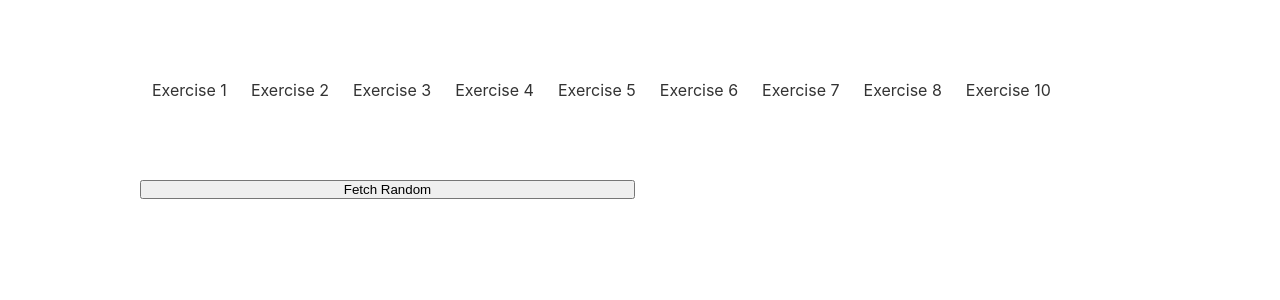
Repository: LukeBinh/reactjsexercises
Page: /ex10
An editor plug-in stored every save of this project. The page is shown before and after the next save, followed by the edit.
The browser window is 1280 px wide. The pictures show the whole page.
The page's requests for data from a server got no answer. The project was rebuilt for these pictures with package versions that can differ from the ones it lists, and the page was loaded fresh each time. No one was signed in, and anything a server would have sent is missing. Also part of the build but not shown: src/components/Ex1/Ex1.tsx, src/components/Ex2/Ex2.tsx, src/components/Ex3/ex3.css, src/components/Ex3/Ex3.tsx, src/components/Ex4/ex4.css, src/components/Ex4/Ex4.jsx, src/components/Ex5/Ex5.tsx, src/components/Ex6/ex6.css and 6 more.

Above is the page before, as saved 2022-04-27 15:40:17.

### src/App.tsx
import React from "react";
import "./App.css";
import { BrowserRouter, Routes, Route } from "react-router-dom";
import {
  Header,
  Ex1,
  Ex2,
  Ex3,
  Ex4,
  Ex5,
  Ex7,
  Ex8,
  Ex6,
  Ex10,
} from "./components/index";

function App() {
  return (
    <div className="App">
      <BrowserRouter>
        <Header />
        <Routes>
          <Route path="/ex1" element={<Ex1 />} />
          <Route path="/ex2" element={<Ex2 />} />
          <Route path="/ex3" element={<Ex3 />} />
          <Route path="/ex4" element={<Ex4 />} />
          <Route path="/ex5" element={<Ex5 />} />
          <Route path="/ex6" element={<Ex6 />} />
          <Route path="/ex7" element={<Ex7 />} />
          <Route path="/ex8" element={<Ex8 />} />
          <Route path="/ex10" element={<Ex10 />} />
        </Routes>
      </BrowserRouter>
    </div>
  );
}

export default App;

### src/App.css
button {
  outline: none;
  cursor: pointer;
}
ul,
li {
  list-style: none;
}
a {
  text-decoration: none;
}

### src/components/index.tsx
export { default as Header } from "./Header/Header";
export { default as Ex1 } from "./Ex1/Ex1";
export { default as Ex2 } from "./Ex2/Ex2";
export { default as Ex3 } from "./Ex3/Ex3";
export { default as Ex4 } from "./Ex4/Ex4";
export { default as Ex5 } from "./Ex5/Ex5";
export { default as Ex6 } from "./Ex6/Ex6";
export { default as Ex7 } from "./Ex7/Ex7";
export { default as Ex8 } from "./Ex8/Ex8";
export { default as Ex10 } from "./Ex10/Ex10";

### src/components/Header/Header.tsx
import React from "react";
import "./header.css";

import { Outlet, Link } from "react-router-dom";

const Header = () => {
  return (
    <div className="header-bar container">
      <ul className="header-bar-menu">
        <li className="header-bar-item">
          <Link to="/ex1">Exercise 1</Link>
        </li>
        <li className="header-bar-item">
          <Link to="/ex2">Exercise 2</Link>
        </li>
        <li className="header-bar-item">
          <Link to="/ex3">Exercise 3</Link>
        </li>
        <li className="header-bar-item">
          <Link to="/ex4">Exercise 4</Link>
        </li>
        <li className="header-bar-item">
          <Link to="/ex5">Exercise 5</Link>
        </li>
        <li className="header-bar-item">
          <Link to="/ex6">Exercise 6</Link>
        </li>
        <li className="header-bar-item">
          <Link to="/ex7">Exercise 7</Link>
        </li>
        <li className="header-bar-item">
          <Link to="/ex8">Exercise 8</Link>
        </li>
        <li className="header-bar-item">
          <Link to="/ex10">Exercise 10</Link>
        </li>
      </ul>
      <Outlet />
    </div>
  );
};

export default Header;

### src/components/Ex10/Ex10.tsx
import React, { useEffect, useState } from "react";
import "./ex10.css";

interface dataType {
  id: string;
  first_name: string;
  last_name: string;
  avatar: string;
  employment: {
    title: string;
  };
}

function Ex10() {
  const [listUser, setListUser] = useState<Array<dataType>>([]);

  useEffect(() => {
    const fetchData = async () => {
      const response = await fetch(
        "https://random-data-api.com/api/users/random_user?size=10"
      );
      const data = await response.json();
      setListUser(data);
    };
    fetchData();
  }, []);

  return (
    <div className="container grid">
      <button>Fetch Random</button>
      {listUser.map((user) => (
        <div key={user.id} className="flexcol">
          <img src={user.avatar} alt={user.avatar} />
          <div>
            <a href="./" className="name">
              {user.first_name}
              {user.last_name}
            </a>
          </div>
          <div>
            <a href="./">{user.employment.title}</a>
          </div>
        </div>
      ))}
    </div>
  );
}

export default Ex10;

### src/components/Header/header.css
.header-bar-menu{
    margin: 0;
    padding: 0;
    list-style: none;
    height: 80px;
    display: flex;
    align-items: center;
}

.header-bar-item{
    padding: 0 12px;
}

.header-bar-item a{
    display: inline-block;
    color: #333;
    text-decoration: none;
}

.header-bar-item a:hover{
    color: tomato;
}

### src/components/Ex2/ex2.css
* {
    padding: 0;
    margin: 0;
    box-sizing: border-box;
  }

  h1, h2, h3, h4, h5, h6 {
    margin: 0;
  }

  ul {
    list-style: none;
  }


  .separate {
    font-weight: 600;
    font-size: 20px;
  }

  .active {
    background-color: #bababa;
  }

  @media screen and (min-width: 1260px) {
    .container {
      max-width: 1000px;
    }
  }
  @media screen and (max-width: 1260px) {
    .container {
      max-width: 1000px;
    }
  }
  @media screen and (max-width: 1024px) {
    .container {
      max-width: 800px;
    }
  }
  @media screen and (max-width: 830px) {
    .container {
      max-width: 600px;
    }
  }
  @media screen and (max-width: 640px) {
    .container {
      width: 400px;
    }
  }
  @media screen and (max-width: 400px) {
    .container {
      width: 100%;
    }
  }
  .header{
    display: flex;
    height: 60px;
    align-items: center;
    padding: 0 20px;
    border: 1px solid black;
  }
  .header-menu {
    margin-left: 40px;
  }
  .header-menu_mobile {
    order: 3;
    display: none;
  }
  .header-menu_mobile .menu_mobile-btn {
    font-size: 25px;
    cursor: pointer;
  }
  .header-search {
    margin-left: auto;
  }
  .header-search_input {
    padding: 5px 12px;
    border-radius: 10px;
    outline: none;
  }
  @media screen and (max-width: 830px) {
    .header {
      justify-content: space-between;
    }
    .header-logo {
      font-size: 14px;
    }
    .header-menu {
      display: none;
    }
    .header-menu_mobile {
      display: block;
    }
    .header-search {
      margin-left: 0;
    }
  }
  @media screen and (max-width: 640px) {
    .header-search {
      display: none;
    }
  }

  .content {
    display: flex;
    border-top: 1px solid black;
    margin-top: 1px;
  }
  .content .sidebar {
    width: 160px;
    border: 1px solid black;
  }
  .content .sidebar .category-title, .content .sidebar .product-title {
    text-align: center;
    border: 1px solid black;
    background-color: #bababa;
  }
  .content .sidebar .category-list, .content .sidebar .product-list {
    padding-left: 20px;
    border: 1px solid black;
  }
  .content .sidebar .category-item, .content .sidebar .product-item {
    padding: 5px 0;
  }
  .content .sidebar-adver {
    min-height: 600px;
    border: 1px solid black;
  }
  .content .product {
    flex: 1;
    position: relative;
    padding-bottom: 200px;
  }
  .content .product-display {
    display: flex;
    flex-wrap: wrap;
    width: fit-content;
  }
  .content .product-box {
    border: 1px solid black;
    padding: 10px;
    width: 30%;
    text-align: center;
    margin: 5px;
  }
  .content .product-img {
    width: 100%;
  }
  .content .product-img img {
    width: 100%;
    height: 100%;
    object-fit: cover;
    object-position: center;
  }
  .content .product-price {
    font-size: 18px;
    margin: 5px 0;
  }
  .content .product-btn {
    min-width: 100px;
    padding: 5px 0;
    border-radius: 5px;
    outline: none;
    cursor: pointer;
  }
  .content .product-pagination {
    margin-top: 20px;
    width: 100%;
  }
  .content .product-pagination .pagination-btn {
    display: flex;
    width: 94%;
    justify-content: flex-end;
  }
  .content .product-pagination a {
    display: inline-block;
    text-decoration: none;
    color: black;
    width: 50px;
    text-align: center;
    padding: 5px 0;
    font-size: 18px;
    border: 1px solid black;
  }
  .content .product-pagination a:first-child {
    border-top-left-radius: 10px;
    border-bottom-left-radius: 10px;
  }
  .content .product-pagination a:last-child {
    border-top-right-radius: 10px;
    border-bottom-right-radius: 10px;
  }
  @media screen and (max-width: 1024px) {
    .content .product-box {
      width: 47%;
    }
    .content .product-price {
      font-size: 20px;
      margin: 10px 0;
    }
    .content .pagination-btn {
      width: 97% !important;
    }
  }
  @media screen and (max-width: 830px) {
    .content .container {
      max-width: 600px;
    }
    .content .hide-on-width {
      display: none;
    }
  }
  @media screen and (max-width: 640px) {
    .content {
      flex-direction: column;
    }
    .content .sidebar {
      width: 100%;
      margin-bottom: 20px;
    }
    .content .product-title {
      text-align: center;
    }
  }
  @media screen and (max-width: 400px) {
    .content .product-box {
      width: 100%;
      margin: 10px 0;
    }
    .content .pagination-btn {
      width: 100% !important;
    }
    .content a {
      font-size: 15px !important;
    }
  }

  .footer {
    border: 1px solid black;
    text-align: center;
    padding: 20px 0;
  }
  .footer .link-active {
    text-decoration: none;
    color: black;
  }

  /*# sourceMappingURL=style.css.map */

### src/components/Ex10/ex10.css
div.grid {
  display: grid;
  grid-template-columns: 1fr 1fr;
  gap: 10px;
}
.flexcol {
  display: flex;
  justify-content: center;
  align-items: center;
  flex-direction: column;
  gap: 15px;

  border-radius: 10px;

  background: linear-gradient(
    to right,
    #ffdde1,
    #ee9ca7
  );

  box-shadow: 0 1px 1px rgba(0, 0, 0, 0.15);
}
.name {
  font-weight: 700;
  color: black;
}

Loaded but not shown: src/index.tsx (common file); src/index.css (common file); src/reportWebVitals.ts (common file)

After the next save:
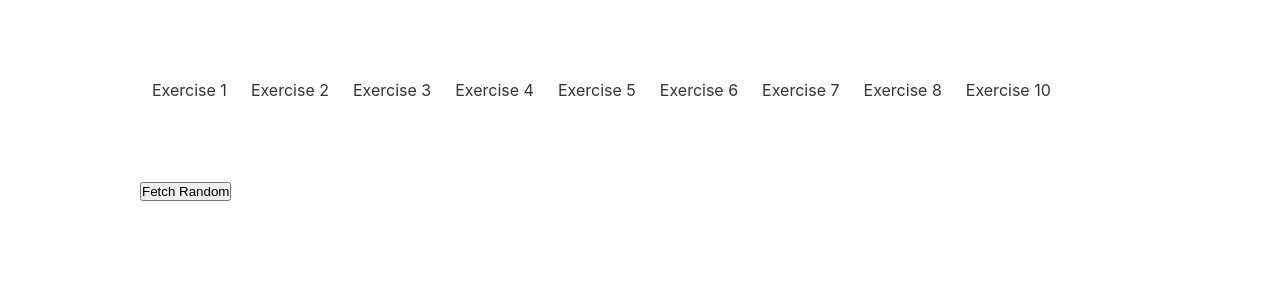
Saved 18 s later.
--- a/src/components/Ex10/Ex10.tsx
+++ b/src/components/Ex10/Ex10.tsx
@@ -26,7 +26,7 @@
   }, []);
 
   return (
-    <div className="container grid">
+    <div className="container">
       <button>Fetch Random</button>
       {listUser.map((user) => (
         <div key={user.id} className="flexcol">

After the save that followed:
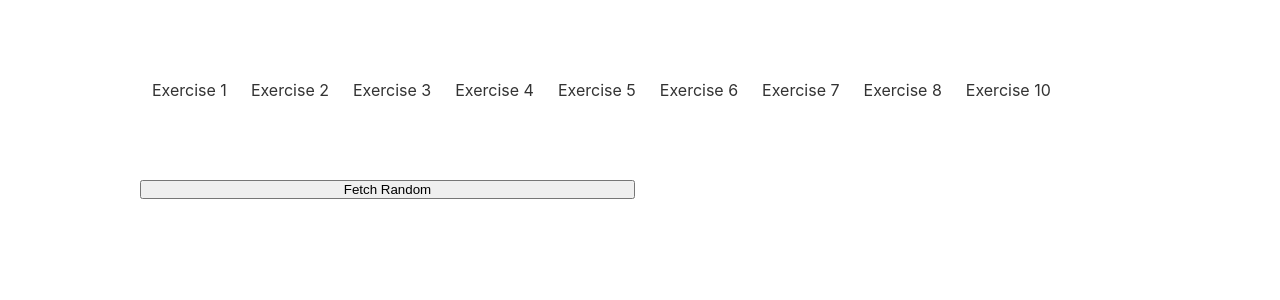
Saved 16 s later.
--- a/src/components/Ex10/Ex10.tsx
+++ b/src/components/Ex10/Ex10.tsx
@@ -26,7 +26,7 @@
   }, []);
 
   return (
-    <div className="container">
+    <div className="container grid">
       <button>Fetch Random</button>
       {listUser.map((user) => (
         <div key={user.id} className="flexcol">
